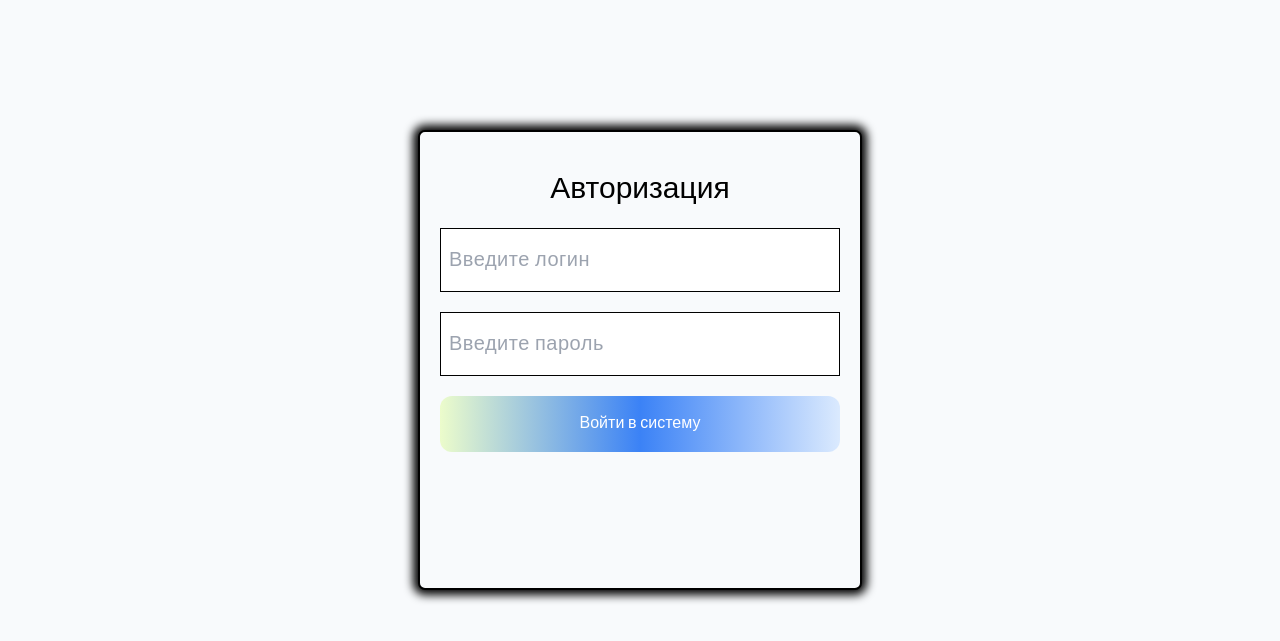
Repository: AlearvickOne/CartridgesApp
Page: /
The author's editor kept a copy of each file at every save. The page is drawn from the files as they stood at one save, then again after a run of saves.
The browser window is 1280 px wide. The pictures show the whole page.
The page's requests for data from a server got no answer. The project was rebuilt for these pictures with package versions that can differ from the ones it lists, and the page was loaded fresh each time. The framework's server and built-in components were replaced by stand-ins that run in the browser. No one was signed in, and anything a server would have sent is missing. Also part of the build but not shown: next.config.mjs.

Above is the page before, as saved 2024-04-19 15:59:31.

After the next 2 saves:
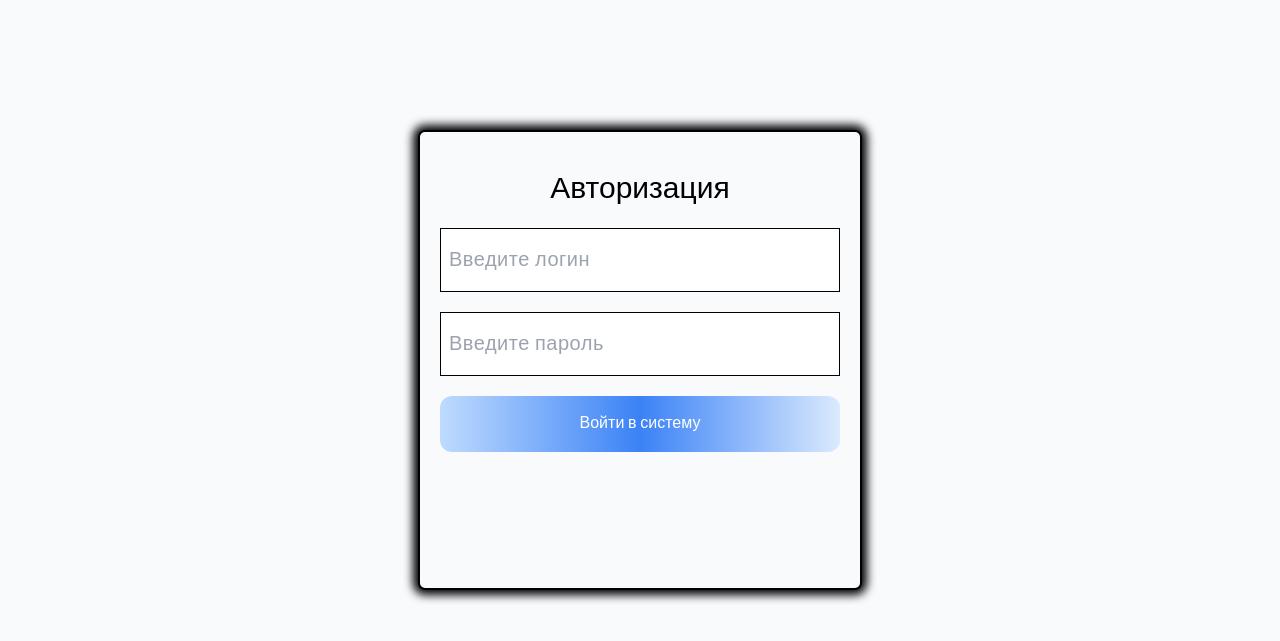
The 2 saves are shown as one change because they came seconds apart.
The last was saved 10 s later.
--- a/src/styles/home/Home.module.scss
+++ b/src/styles/home/Home.module.scss
@@ -16,7 +16,7 @@
       }
 
       > button {
-        @apply p-2 rounded-xl hover:text-violet-200 text-white h-14 bg-gradient-to-r from-lime-100 via-blue-500 to-blue-100;
+        @apply p-2 rounded-xl hover:text-violet-200 text-white h-14 bg-gradient-to-r from-blue-200 via-blue-500 to-blue-100;
       }
     }
   }
